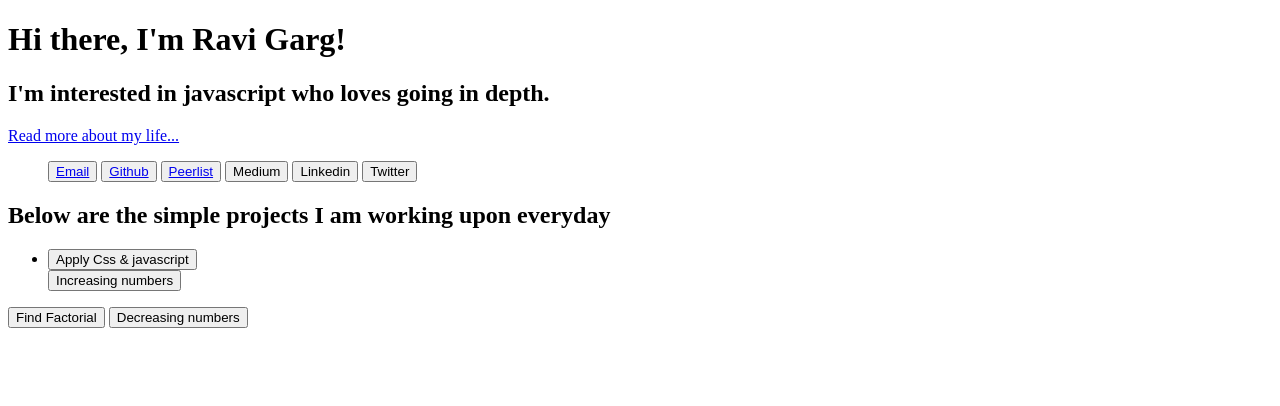
Repository: ravigarg001/musafir
Page: index.html
These files come from the project's save history. The page is drawn as it stood at one moment and after the next save; the edit follows.
The browser window is 1280 px wide. The pictures show the whole page.

Above is the page before, as saved 2022-05-02 09:21:46.

After the next save:
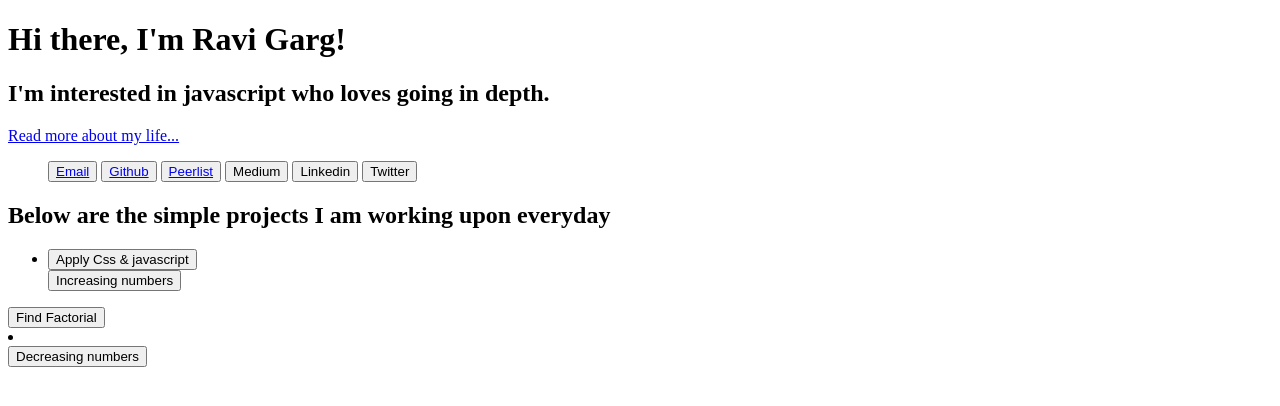
Saved 5 s later.
--- a/index.html
+++ b/index.html
@@ -28,7 +28,7 @@
   <li><button class="cssAdder" onclick="addCssAndJs()">Apply Css & javascript</button></li>
   <button onclick="inputNumber1()">Increasing numbers </button></ul></li>
   <button onclick="inputNumber()">Find Factorial</button></li>
-  <button onclick="inputNumber2()">Decreasing numbers</button></li>
+  <li></li><button onclick="inputNumber2()">Decreasing numbers</button></li>
 </ul>
 </footer>
 
